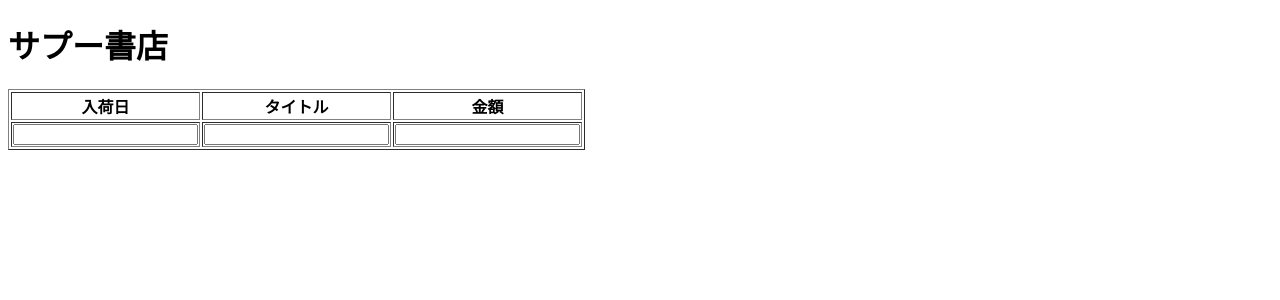
Repository: tom00ti/Vtuber_sapoo_flask
Page: http://localhost/form
These files come from the project's save history. The page is drawn as it stood at one moment and after the next save; the edit follows.
The browser window is 1280 px wide. The pictures show the whole page.
The page is served by the project's application, run on Flask 3 (flaskr/app.py).

Above is the page before, as saved 2024-12-22 12:20:09.

### flaskr/templates/form.html
<!DOCTYPE html>
<html lang="ja">
    <head>
        <meta charset="UTF-8">
        <title>サプーアプリ</title>
    </head>
    <body>
        <h1>サプー書店</h1>
        <table border="1">
            <tr>
                <th>入荷日</th>
                <th>タイトル</th>
                <th>金額</th>
            </tr>
            <tr>
                <td><input type="text" name="arrival_day"></td>
                <td><input type="text" name="title"></td>
                <td><input type="text" name="price"></td>
            </tr>
        </table>
        <br>

    </body>
</html>

### flaskr/app.py
from flask import Flask, render_template
import sqlite3
DATABASE = 'database.db'

app = Flask(__name__)

import db
db.creat_books_table()

@app.route('/')
def index():
    con = sqlite3.connect(DATABASE)
    db_books = con.execute('SELECT * FROM books').fetchall()
    con.close()

    books = []
    for row in db_books:
        books.append({'title': row[0], 'price':row[1], 'arrival_day':row[2]})


    '''
    books = [
        {
            'title': 'はらぺこあおむし',
            'price': 1200,
            'arrival_day': '2020/07/12'
        },
        {
            'title': 'ぐりとぐら',
            'price': 990,
            'arrival_day': '2020/07/13'
        }
    ]
    '''

    return render_template(
        'index.html',
        books=db_books
    )

@app.route('/form')
def form():
    return render_template('form.html')

if __name__ == '__main__':
    app.run(debug=True)

### flaskr/db.py
import sqlite3

DATABASE = 'database.db'

def creat_books_table():
    con = sqlite3.connect(DATABASE)
    con.execute("CREATE TABLE IF NOT EXISTS books (title, price, arrival_day) ")
    con.close()

After the next save:
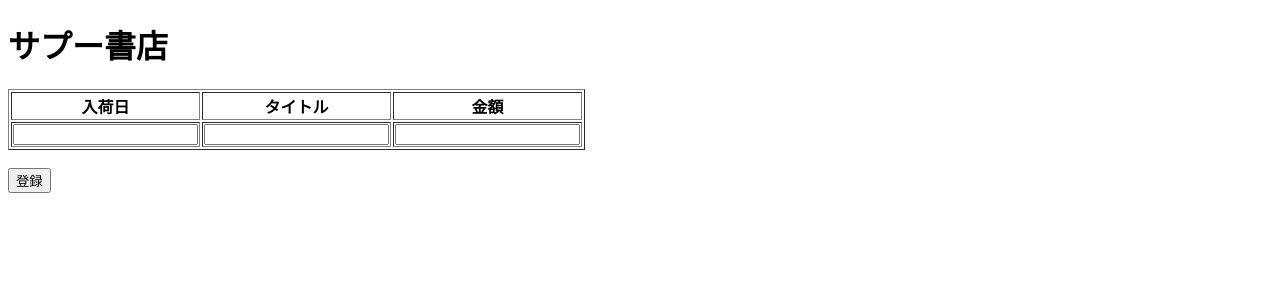
Saved 40 s later.
--- a/flaskr/templates/form.html
+++ b/flaskr/templates/form.html
@@ -19,6 +19,6 @@
             </tr>
         </table>
         <br>
-
+        <input type="submit" value="登録">
     </body>
 </html>
